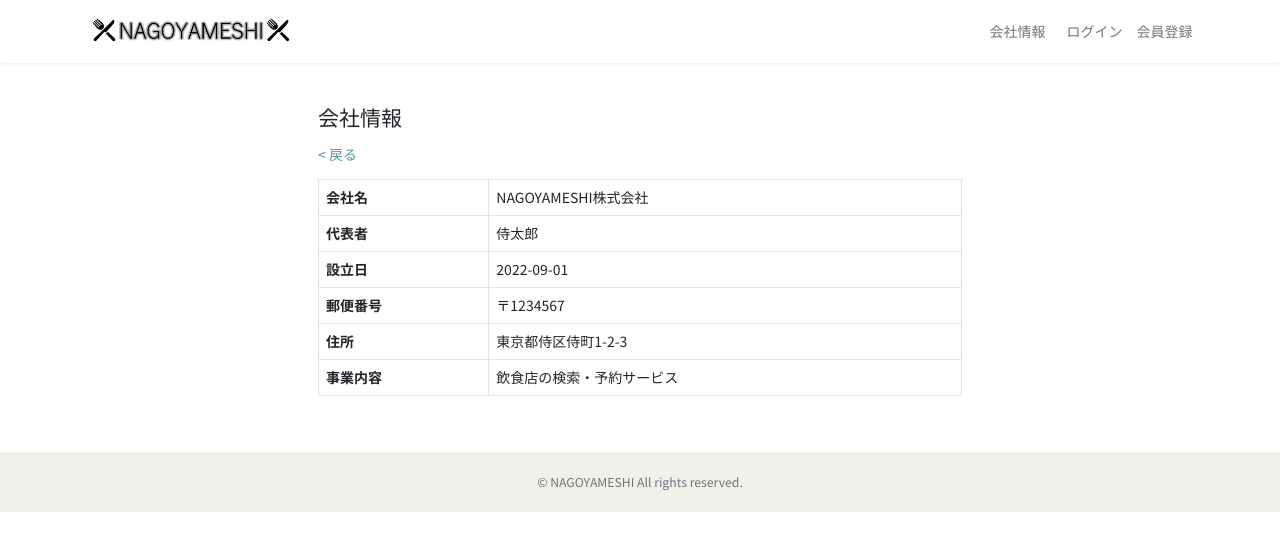
Repository: dh291422/springboot-tabelog-kadai
Page: http://localhost/company/company
These files come from the project's save history. The page is drawn as it stood at one moment and after the next save; the edit follows.
The browser window is 1280 px wide. The pictures show the whole page.
The page is this project's Thymeleaf template; nobody is signed in. The template is opened directly, without the code that normally fills it, so the values that code supplies are empty.

Above is the page before, as saved 2025-07-15 02:21:49.

### nagoyameshi/src/main/resources/templates/company/company.html
<!DOCTYPE html>
<html xmlns:th="http://www.thymeleaf.org" xmlns:sec="http://www.thymeleaf.org/extras/spring-security">
<head>
    <div th:replace="~{fragment :: meta}"></div>
    <div th:replace="~{fragment :: styles}"></div>
    <title>NAGOYAMESHI | 会社情報</title>
</head>
<body>
    <div class="nagoyameshi-wrapper">
        <!-- ヘッダー -->
        <div th:replace="~{fragment :: header}"></div>

        <main class="py-5">
            <div class="container">
                <div class="row justify-content-center">
                    <div class="col-xxl-6 col-xl-7 col-lg-8 col-md-10">

                        <div class="d-flex justify-content-between align-items-center mb-3">
                            <h1 class="mb-0">会社情報</h1>

                            <!-- 管理者のみ表示：編集ボタン -->
                            <a class="btn btn-sm btn-outline-primary"
                               th:href="@{/company/edit}"
                               sec:authorize="hasRole('ROLE_ADMIN')">
                                編集
                            </a>
                        </div>

                        <!-- 戻るリンク -->
                        <div class="mb-3">
                            <a th:href="@{/}">&lt; 戻る</a>
                        </div>

                        <!-- 会社情報テーブル -->
                        <table class="table table-bordered">
                            <tr>
                                <th>会社名</th>
                                <td>NAGOYAMESHI株式会社</td>
                            </tr>
                            <tr>
                                <th>代表者</th>
                                <td>侍太郎</td>
                            </tr>
                            <tr>
                                <th>設立日</th>
                                <td>2022-09-01</td>
                            </tr>
                            <tr>
                                <th>郵便番号</th>
                                <td>〒1234567</td>
                            </tr>
                            <tr>
                                <th>住所</th>
                                <td>東京都侍区侍町1-2-3</td>
                            </tr>
                            <tr>
                                <th>事業内容</th>
                                <td>飲食店の検索・予約サービス</td>
                            </tr>
                        </table>

                    </div>
                </div>
            </div>
        </main>

        <!-- フッター -->
        <div th:replace="~{fragment :: footer}"></div>
    </div>

    <!-- スクリプト -->
    <div th:replace="~{fragment :: scripts}"></div>
</body>
</html>

### nagoyameshi/src/main/resources/templates/fragment.html
<!DOCTYPE html>
<html xmlns:th="https://www.thymeleaf.org" xmlns:sec="http:thymeleaf.org/extras/spring-security">
   <head>
       <!-- meta要素の部品化 -->
       <div th:fragment="meta" th:remove="tag">
           <meta charset="UTF-8">
           <meta name="viewport" content="width=device-width, initial-scale=1">
       </div>

       <!-- link要素の部品化 -->
       <div th:fragment="styles" th:remove="tag">
           <!-- Bootstrap -->
           <link href="https://cdn.jsdelivr.net/npm/bootstrap@5.2.3/dist/css/bootstrap.min.css" rel="stylesheet" integrity="sha384-rbsA2VBKQhggwzxH7pPCaAqO46MgnOM80zW1RWuH61DGLwZJEdK2Kadq2F9CUG65" crossorigin="anonymous">

           <!-- Google Fonts -->
           <link rel="preconnect" href="https://fonts.googleapis.com">
           <link rel="preconnect" href="https://fonts.gstatic.com" crossorigin>
           <link href="https://fonts.googleapis.com/css2?family=Noto+Sans+JP:wght@400;500&display=swap" rel="stylesheet">

           <link th:href="@{/css/style.css}" rel="stylesheet" >
       </div>

       <title>部品化用のHTMLファイル</title>
   </head>
   <body>
       <!-- ヘッダーの部品化 -->
       <div th:fragment="header" th:remove="tag">
           <nav class="navbar navbar-expand-md navbar-light bg-white shadow-sm nagoyameshi-navbar">
               <div class="container nagoyameshi-container">
                   <a class="navbar-brand" th:href="@{/}">
                       <img class="nagoyameshi-logo me-1" th:src="@{/images/logo.png}" alt="NAGOYAMESHI">
                   </a>

				   <button class="navbar-toggler" type="button" data-bs-toggle="collapse" data-bs-target="#navbarSupportedContent" aria-controls="navbarSupportedContent" aria-expanded="false" aria-label="Toggle navigation">
				       <span class="navbar-toggler-icon"></span>
				   </button>

				   <div class="collapse navbar-collapse" id="navbarSupportedContent">
				       <ul class="navbar-nav ms-auto">
						<li class="nav-item">
						       <a class="nav-link me-2" th:href="@{/company}">会社情報</a>
						   </li>

				           <!-- 未ログインであれば表示する -->
				           <li class="nav-item" sec:authorize="isAnonymous()">
				               <a class="nav-link" th:href="@{/login}">ログイン</a>
				           </li>
						   <li class="nav-item" sec:authorize="isAnonymous()">
						       <a class="nav-link" th:href="@{/signup}">会員登録</a>

						   </li>

						   <!-- 一般会員（ROLE_GENERAL）の場合 -->
						   <li class="nav-item dropdown" sec:authorize="hasRole('ROLE_GENERAL')">
						       <a id="navbarDropdownGeneral" class="nav-link dropdown-toggle" href="#" role="button"
						          data-bs-toggle="dropdown" aria-haspopup="true" aria-expanded="false" v-pre>
						           <span sec:authentication="principal.user.name"></span>
						       </a>

						       <div class="dropdown-menu dropdown-menu-end" aria-labelledby="navbarDropdownGeneral">
						           <a class="dropdown-item nagoyameshi-dropdown-item" th:href="@{/user}">会員情報</a>
						           <a class="dropdown-item nagoyameshi-dropdown-item" th:href="@{/reservations}">予約一覧</a>
						           <a class="dropdown-item nagoyameshi-dropdown-item" th:href="@{/restaurants}">店舗一覧</a>
						           <a class="dropdown-item nagoyameshi-dropdown-item" th:href="@{/favorites}">お気に入り一覧</a>

						           <!-- 一般会員には「有料会員登録」リンクを表示 -->
						           <a class="dropdown-item nagoyameshi-dropdown-item" th:href="@{/subscription}">
						               有料会員登録
						           </a>

						           <div class="dropdown-divider"></div>

						           <a class="dropdown-item nagoyameshi-dropdown-item" th:href="@{/logout}"
						              onclick="event.preventDefault(); document.getElementById('logout-form').submit();">
						               ログアウト
						           </a>
						           <form class="d-none" id="logout-form" th:action="@{/logout}" method="post"></form>
						       </div>
						   </li>

						   <!-- 有料会員（ROLE_PAID）の場合 -->
						   <li class="nav-item dropdown" sec:authorize="hasRole('ROLE_PAID')">
						       <a id="navbarDropdownPaid" class="nav-link dropdown-toggle" href="#" role="button"
						          data-bs-toggle="dropdown" aria-haspopup="true" aria-expanded="false" v-pre>
						           <span sec:authentication="principal.user.name"></span>
						       </a>

						       <div class="dropdown-menu dropdown-menu-end" aria-labelledby="navbarDropdownPaid">
						           <a class="dropdown-item nagoyameshi-dropdown-item" th:href="@{/user}">会員情報</a>
						           <a class="dropdown-item nagoyameshi-dropdown-item" th:href="@{/reservations}">予約一覧</a>
						           <a class="dropdown-item nagoyameshi-dropdown-item" th:href="@{/restaurants}">店舗一覧</a>
						           <a class="dropdown-item nagoyameshi-dropdown-item" th:href="@{/favorites}">お気に入り一覧</a>

						           <!-- 有料会員には「編集・解約」リンクを表示 -->
						           <a class="dropdown-item nagoyameshi-dropdown-item" th:href="@{/subscription/manage}">
						               有料会員 編集・解約
						           </a>

						           <div class="dropdown-divider"></div>

						           <a class="dropdown-item nagoyameshi-dropdown-item" th:href="@{/logout}"
						              onclick="event.preventDefault(); document.getElementById('logout-form').submit();">
						               ログアウト
						           </a>
						           <form class="d-none" id="logout-form" th:action="@{/logout}" method="post"></form>
						       </div>
						   </li>


				           <!-- 管理者であれば表示する -->
				           <li class="nav-item dropdown" sec:authorize="hasRole('ROLE_ADMIN')">
				               <a id="navbarDropdownAdmin" class="nav-link dropdown-toggle" href="#" role="button" data-bs-toggle="dropdown" aria-haspopup="true" aria-expanded="false" v-pre>
				                   管理者メニュー
				               </a>

				               <div class="dropdown-menu dropdown-menu-end" aria-labelledby="navbarDropdownAdmin">
								   <a class="dropdown-item nagoyameshi-dropdown-item" th:href="@{/admin/users}">会員一覧</a>
				                   <a class="dropdown-item nagoyameshi-dropdown-item" th:href="@{/admin/restaurants}">店舗一覧</a>

				                   <div class="dropdown-divider"></div>

				                   <a class="dropdown-item nagoyameshi-dropdown-item" th:href="@{/logout}" onclick="event.preventDefault(); document.getElementById('logout-form').submit();">
				                       ログアウト
				                   </a>
				                   <form class="d-none" id="logout-form" th:action="@{/logout}" method="post"></form>
				               </div>
				           </li>
				       </ul>
				   </div>
               </div>
           </nav>
       </div>


       <!-- フッターの部品化 -->
       <div th:fragment="footer" th:remove="tag">
           <footer>
               <div class="d-flex justify-content-center align-items-center h-100">
                   <p class="text-center text-muted small mb-0">&copy; NAGOYAMESHI All rights reserved.</p>
               </div>
           </footer>
       </div>

       <!-- script要素の部品化 -->
       <div th:fragment="scripts" th:remove="tag">
           <!-- Bootstrap -->
           <script src="https://cdn.jsdelivr.net/npm/bootstrap@5.2.3/dist/js/bootstrap.bundle.min.js" integrity="sha384-kenU1KFdBIe4zVF0s0G1M5b4hcpxyD9F7jL+jjXkk+Q2h455rYXK/7HAuoJl+0I4" crossorigin="anonymous"></script>
       </div>
   </body>
</html>

### nagoyameshi/src/main/resources/static/css/style.css
html {
 font-size: 14px;
}

body {
 font-family: 'Noto Sans JP', sans-serif;
}


h1 {
 font-size: 1.5rem;
}

h2 {
  font-size: 1.475rem;
}

h3 {
  font-size: 1.25rem;
}

a {
 color: #5196a6;
 text-decoration: none !important;
}

a:hover {
   color: #407784;
}

footer {
 width: 100%;
 height: 60px;
 background-color: #f2f0eb;
}

.nagoyameshi-wrapper {
 min-height: 100vh;
 position: relative;
 padding-bottom: 60px;
 box-sizing: border-box;
}

.nagoyameshi-navbar {
 min-height: 60px;
}

.nagoyameshi-logo {
 height: 40px;
}

.nagoyameshi-btn {
  background-color: #5196a6 !important;
  transition: 0.1s;
}

.nagoyameshi-btn:hover {
 opacity: 0.8;
}

.nagoyameshi-page-link {
  color: #5196a6;
}

.nagoyameshi-page-link:hover {
  color: #407784;
}

.nagoyameshi-active {
  background-color: #5196a6 !important;
  border-color: #5196a6 !important;
}

.nagoyameshi-pre-wrap {
  /* 改行文字で行を折り返す */
  white-space: pre-wrap;
}

.nagoyameshi-link-danger {
    color: #f2594b;
}

.nagoyameshi-link-danger:hover {
    color: #a63c3c;
}

.nagoyameshi-btn-danger {
    background-color: #f2594b !important;
    transition: 0.1s;
}

.nagoyameshi-btn-danger:hover {
  opacity: 0.8;
}

.nagoyameshi-dropdown-item:active {
  background-color: #5196a6;
}

.nagoyameshi-card-link {
  transition: 0.3s;
}

.nagoyameshi-card-link:hover {
  opacity: 0.7;
}

.nagoyameshi-horizontal-card-image {
  width: 100%;
  height: 240px;
  object-fit: cover;
}

.nagoyameshi-sort-box {
  width: 150px;
}

.nagoyameshi-vertical-card-image {
  width: 100%;
  height: 150px;
  object-fit: cover;
}

.nagoyameshi-search-form {
    max-width: 300px;
}

.nagoyameshi-reset-wrapper {
  display: flex;
  justify-content: center;
  align-items: flex-start;
  min-height: 100vh;
  padding: 40px 20px;
  padding-top: 60px;
  background-color: #ffffff;
}


.nagoyameshi-reset-form {
  max-width: 500px;
  width: 100%;
  text-align: center;
}

.nagoyameshi-restaurant-image {
  max-width: 800px;
  width: 100%;
  height: auto;
  display: block;
  margin: 0 auto;
}

.nagoyameshi-detail-container {
  max-width: 800px;
  margin: 0 auto;
}


.reset-title {
  font-size: 1.8rem;
  margin-bottom: 20px;
  font-weight: bold;
}

.reset-description {
  font-size: 1.1rem;
  margin-bottom: 30px;
  line-height: 1.8;
  color: #555;
}

.reset-form {
  display: flex;
  flex-direction: column;
  gap: 20px;
  margin-bottom: 30px;
}

.reset-input {
  font-size: 1.1rem;
  padding: 12px 14px;
  border-radius: 6px;
  border: 1px solid #ccc;
}

.reset-button {
  font-size: 1.1rem;
  padding: 12px;
  width: 100%;
}

.reset-link {
  font-size: 1rem;
  margin-top: 10px;
}

.alert {
  font-size: 1rem;
  margin-bottom: 20px;
  padding: 10px;
  border-radius: 5px;
}

.alert-success {
  background-color: #e0f6ed;
  color: #2e7d5a;
}

.alert-danger {
  background-color: #fcebea;
  color: #d9534f;
}

.nagoyameshi-premium-container {
  background-color: #ffffff;
}

.nagoyameshi-premium-title {
  font-size: 1.8rem;
  font-weight: bold;
}

#card-element {
  padding: 12px 14px;
  border: 1px solid #ccc;
  border-radius: 6px;
}

@media screen and (min-width: 1400px) {
 .nagoyameshi-container {
   max-width: 1200px;
 }

}

After the next save:
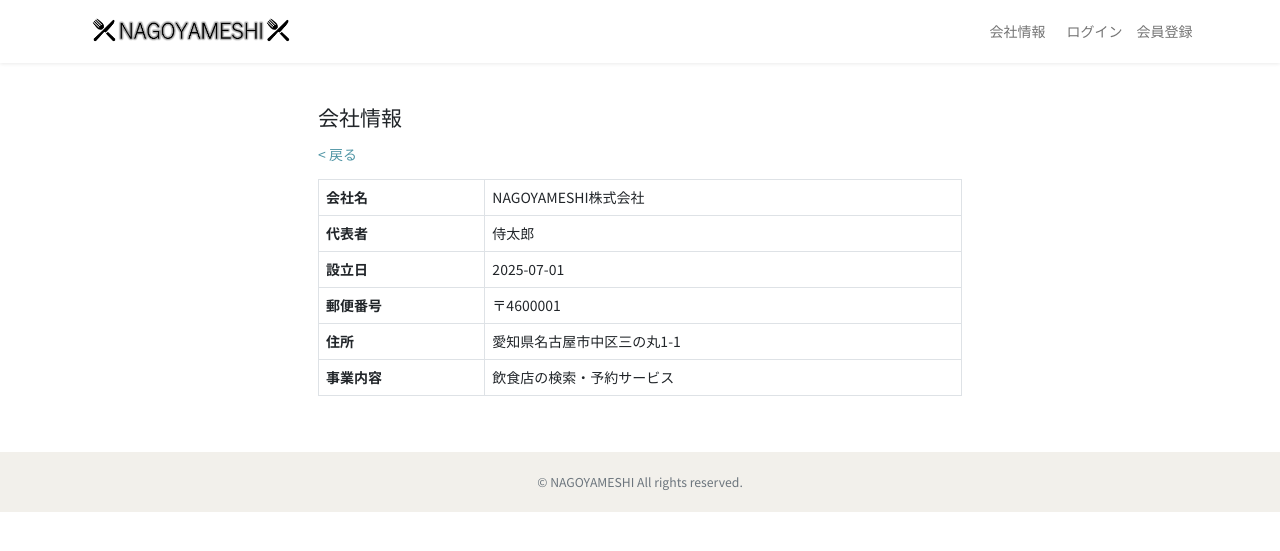
Saved 10 min 45 s later.
--- a/nagoyameshi/src/main/resources/templates/company/company.html
+++ b/nagoyameshi/src/main/resources/templates/company/company.html
@@ -43,15 +43,15 @@
                             </tr>
                             <tr>
                                 <th>設立日</th>
-                                <td>2022-09-01</td>
+                                <td>2025-07-01</td>
                             </tr>
                             <tr>
                                 <th>郵便番号</th>
-                                <td>〒1234567</td>
+                                <td>〒4600001</td>
                             </tr>
                             <tr>
                                 <th>住所</th>
-                                <td>東京都侍区侍町1-2-3</td>
+                                <td>愛知県名古屋市中区三の丸1-1</td>
                             </tr>
                             <tr>
                                 <th>事業内容</th>
